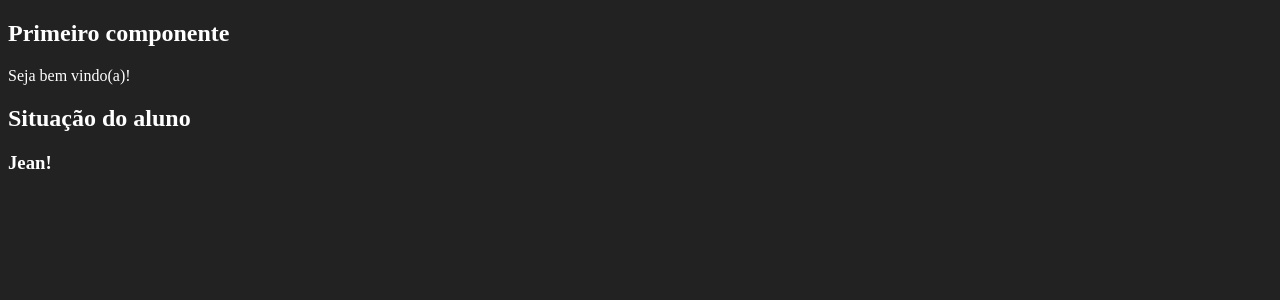
Repository: jean-siqueira/fundamentos-react
Page: /
An editor plug-in stored every save of this project. The page is shown before and after a run of saves, followed by the edit.
The browser window is 1280 px wide. The pictures show the whole page.
The project was rebuilt for these pictures with package versions that can differ from the ones it lists, and the page was loaded fresh each time.

Above is the page before, as saved 2023-03-04 11:15:05.

### src/index.js
import './index.css'
import ReactDOM from 'react-dom'
import React from 'react'

import Primeiro from './components/basicos/Primeiro'
import ComParametro from './components/basicos/ComParametro'

const tag = <strong>Olá React</strong>


ReactDOM.render(
    <div>
        <Primeiro></Primeiro>
        <ComParametro
            titulo="Situação do aluno"
            aluno="Jean!"
            nota={9.3}/>
    </div>,
    document.getElementById('root'))

### src/components/basicos/Primeiro.js

import React from "react"

export default function Primeiro() {

    const msg = 'Seja bem vindo(a)!'

    return (
        <div>
            <h2>Primeiro componente</h2>
            <p>  {msg} </p>
        </div>
    )

}

### src/components/basicos/ComParametro.jsx
import React from "react"

export default function ComParametro(props) {
    console.log(props)
    return (
        <div>
            <h2>{ props.titulo }</h2>
            <p>
                <strong></strong>
            </p>
            <h3>{ props.aluno }</h3>
        </div>
    )
}

Loaded but not shown: public/index.html (common file); src/index.css (common file)

After the next 5 saves:
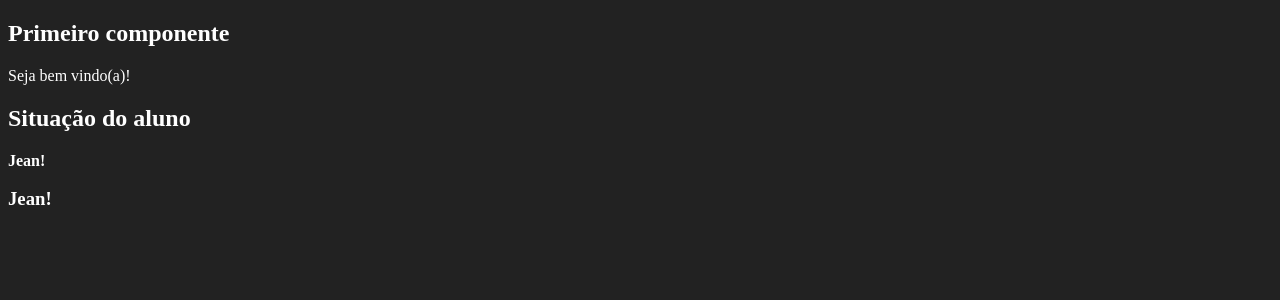
The 5 saves are shown as one change because 2 did not build or start and some came seconds apart.
The last was saved 17 s later.
--- a/src/components/basicos/ComParametro.jsx
+++ b/src/components/basicos/ComParametro.jsx
@@ -6,7 +6,7 @@ export default function ComParametro(props) {
         <div>
             <h2>{ props.titulo }</h2>
             <p>
-                <strong></strong>
+                <strong>{ props.aluno }</strong>
             </p>
             <h3>{ props.aluno }</h3>
         </div>
